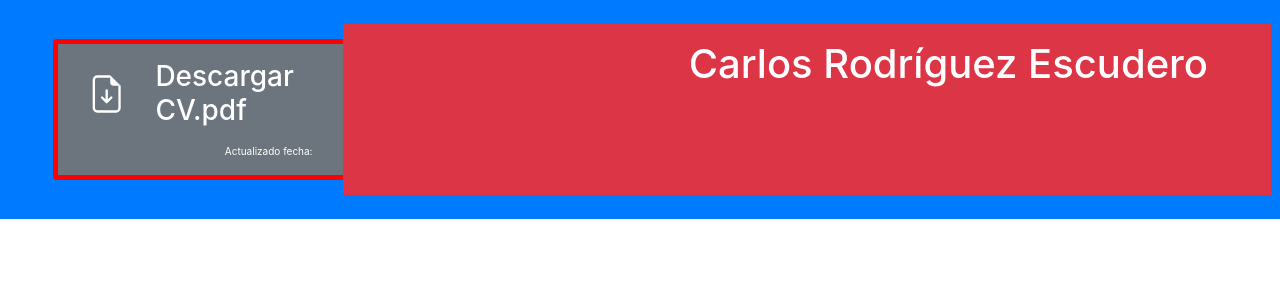
Repository: CarlosRoEs/CarlosWebCV
Page: index.html
An editor plug-in stored every save of this project. The page is shown before and after the next save, followed by the edit.
The browser window is 1280 px wide. The pictures show the whole page.
The style sheet was rebuilt from its Sass, Less or Tailwind sources for each picture, by a compiler version that may differ from the author's.

Above is the page before, as saved 2020-09-15 13:28:19.

After the next save:
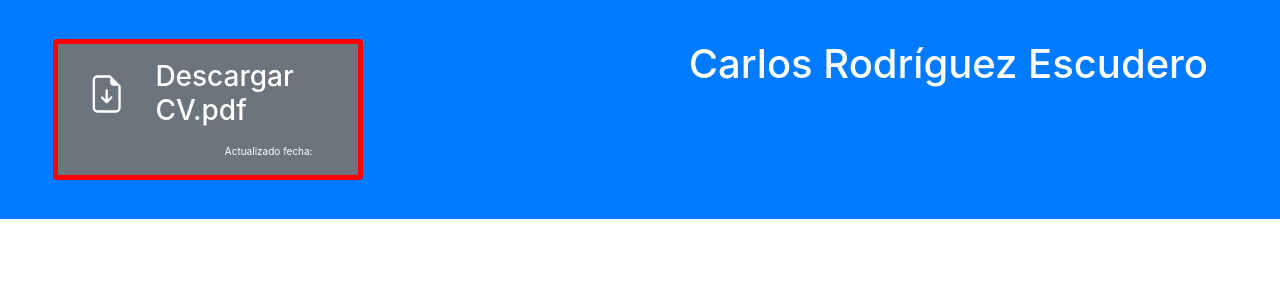
Saved 67 s later.
--- a/index.html
+++ b/index.html
@@ -35,7 +35,7 @@
                             </a>
                         </div>
                     </div>
-                    <div class="col-9 bg-danger d-flex justify-content-end">
+                    <div class="col-9 d-flex justify-content-end">
                         <h1 class="mt-3 mr-5 align-items-center">Carlos Rodríguez Escudero</h1>
                     </div>
                 </div>
